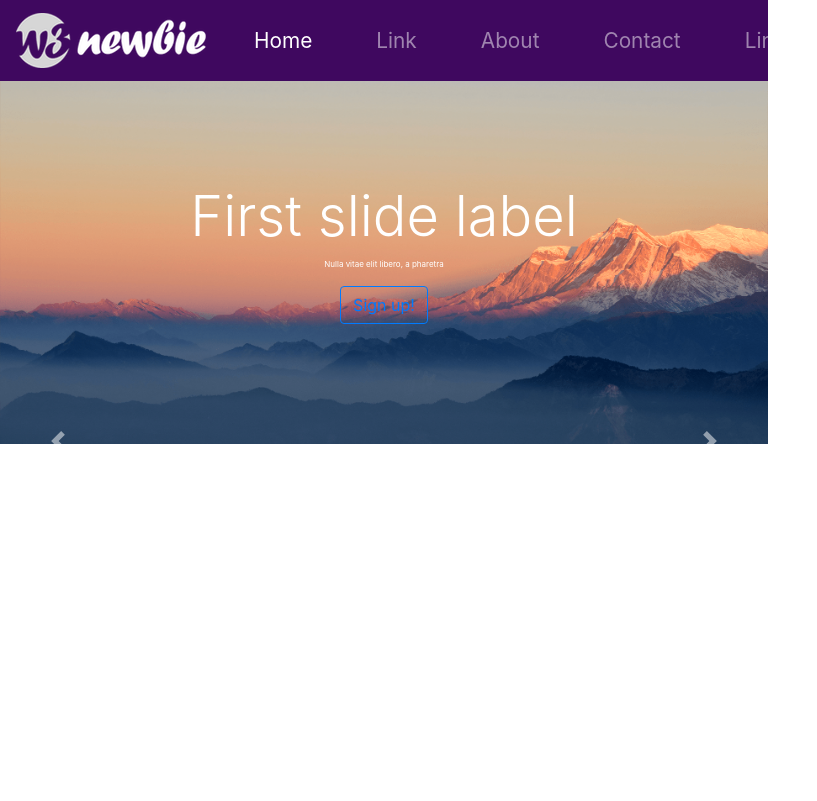
Repository: Mietlicha/bootstrap-project
Page: Bootstrap Website Files/index.html
These files come from the project's save history. The page is drawn as it stood at one moment and after the next save; the edit follows.
The browser window is 768 px wide. The page is 817 px wide, so the pictures cover 817 px, including what lies to the right of the window. The pictures show the whole page.

Above is the page before, as saved 2019-10-28 22:11:54.

### Bootstrap Website Files/index.html
<!DOCTYPE html>
<html lang="en">

<head>
  <title>Bootstrap Website Tutorial</title>
  <meta charset="utf-8">
  <meta name="viewport" content="width=device-width, initial-scale=1">
  <link rel="stylesheet" href="https://stackpath.bootstrapcdn.com/bootstrap/4.3.1/css/bootstrap.min.css"
    integrity="sha384-ggOyR0iXCbMQv3Xipma34MD+dH/1fQ784/j6cY/iJTQUOhcWr7x9JvoRxT2MZw1T" crossorigin="anonymous">
  <link rel="stylesheet" href="https://cdnjs.cloudflare.com/ajax/libs/font-awesome/4.7.0/css/font-awesome.min.css">
  <link rel="stylesheet" href="..//style.css">
</head>

<body>
  <!--Navbar-->
  <nav class="navbar navbar-expand-md navbar-dark bg-violet">
    <a class="navbar-brand" href="#"><img src="img/w3newbie.png" alt="logo"></a>
    <button class="navbar-toggler" type="button" data-toggle="collapse" data-target="#navbarSupportedContent"
      aria-controls="navbarSupportedContent" aria-expanded="false" aria-label="Toggle navigation">
      <span class="navbar-toggler-icon"></span>
    </button>

    <div class="collapse navbar-collapse" id="navbarSupportedContent">
      <ul class="navbar-nav ml-auto">
        <li class="nav-item active">
          <a class="nav-link" href="#">Home <span class="sr-only">(current)</span></a>
        </li>
        <li class="nav-item">
          <a class="nav-link" href="#">Link</a>
        </li>
        <li class="nav-item">
          <a class="nav-link" href="#">About</a>
        </li>
        <li class="nav-item">
          <a class="nav-link" href="#">Contact</a>
        </li>
        <li class="nav-item">
          <a class="nav-link" href="#">Link</a>
        </li>
      </ul>
    </div>
  </nav>

   <!--Slider-->
   <div id="carouselExampleIndicators" class="carousel slide" data-interval="false" data-ride="carousel">
      <ol class="carousel-indicators">
        <li data-target="#carouselExampleIndicators" data-slide-to="0" class="active"></li>
        <li data-target="#carouselExampleIndicators" data-slide-to="1"></li>
        <li data-target="#carouselExampleIndicators" data-slide-to="2"></li>
      </ol>
      <div class="carousel-inner">
        <div class="carousel-item active">
          <img src="img/mountains.png" class="d-block w-100 position-carusel-caption" alt="mountains">
          <div class="carousel-caption">
              <h1 class="display-4">First slide label</h1>
              <p>Nulla vitae elit libero, a pharetra</p>
              <button type="button" class="btn btn-outline-primary mb-5">Sign up!</button>
          </div>
        </div>
        <div class="carousel-item">
          <img src="img/red.png" class="d-block w-100" alt="dusk at mountains">
        </div>
        <div class="carousel-item">
          <img src="img/snow.png" class="d-block w-100" alt="snowy mountains">
        </div>
      </div>
      <a class="carousel-control-prev" href="#carouselExampleIndicators" role="button" data-slide="prev">
        <span class="carousel-control-prev-icon" aria-hidden="true"></span>
        <span class="sr-only">Previous</span>
      </a>
      <a class="carousel-control-next" href="#carouselExampleIndicators" role="button" data-slide="next">
        <span class="carousel-control-next-icon" aria-hidden="true"></span>
        <span class="sr-only">Next</span>
      </a>
    </div>

  <script src="https://code.jquery.com/jquery-3.3.1.slim.min.js"
    integrity="sha384-q8i/X+965DzO0rT7abK41JStQIAqVgRVzpbzo5smXKp4YfRvH+8abtTE1Pi6jizo"
    crossorigin="anonymous"></script>
  <script src="https://cdnjs.cloudflare.com/ajax/libs/popper.js/1.14.7/umd/popper.min.js"
    integrity="sha384-UO2eT0CpHqdSJQ6hJty5KVphtPhzWj9WO1clHTMGa3JDZwrnQq4sF86dIHNDz0W1"
    crossorigin="anonymous"></script>
  <script src="https://stackpath.bootstrapcdn.com/bootstrap/4.3.1/js/bootstrap.min.js"
    integrity="sha384-JjSmVgyd0p3pXB1rRibZUAYoIIy6OrQ6VrjIEaFf/nJGzIxFDsf4x0xIM+B07jRM"
    crossorigin="anonymous"></script>
</body>

</html>

### style.css
*{
    box-sizing: border-box;
}

body{
    margin: 0;
    padding: 0;
}

/*Navbar*/
.bg-violet{
    background-color: rgb(63, 8, 95);
}

.nav-item{
    padding: 0 1.5rem;
    font-size: 1.3rem;
}

.navbar-dark .navbar-nav .nav-link:hover {
    color: rgb(255,255,255);
}

/*Slider*/

.carousel-item{
    width: 100%;
    height: 90vh;
}
.carousel-indicators > li {
    width: 10px;
    height: 10px;
    border-radius: 50%;
  }

  .position-carusel-caption{
    position: relative;
  }

.carousel-caption{
    position: absolute;
    /* top: 50%;
    left: 50%;
    background-color: #fff; */
    top: 50%;
    transform: translateY(-50%);
    /* bottom: initial; */
}

@media(max-width:768px){
    .carousel-caption{
        top: 40%;
        transform: translateY(-50%);
        font-size: 0.5rem;
    }
}

After the next save:
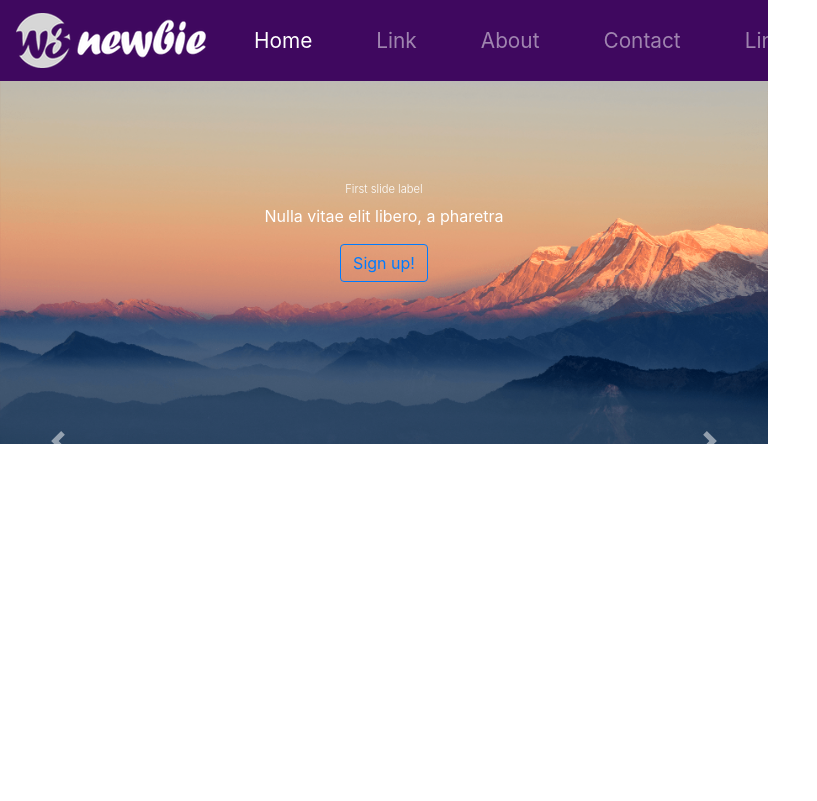
Saved 2 min 27 s later.
--- a/style.css
+++ b/style.css
@@ -51,6 +51,9 @@
     .carousel-caption{
         top: 40%;
         transform: translateY(-50%);
-        font-size: 0.5rem;
+    }
+
+    .carousel-caption h1{
+        font-size: 0.7rem;
     }
 }
